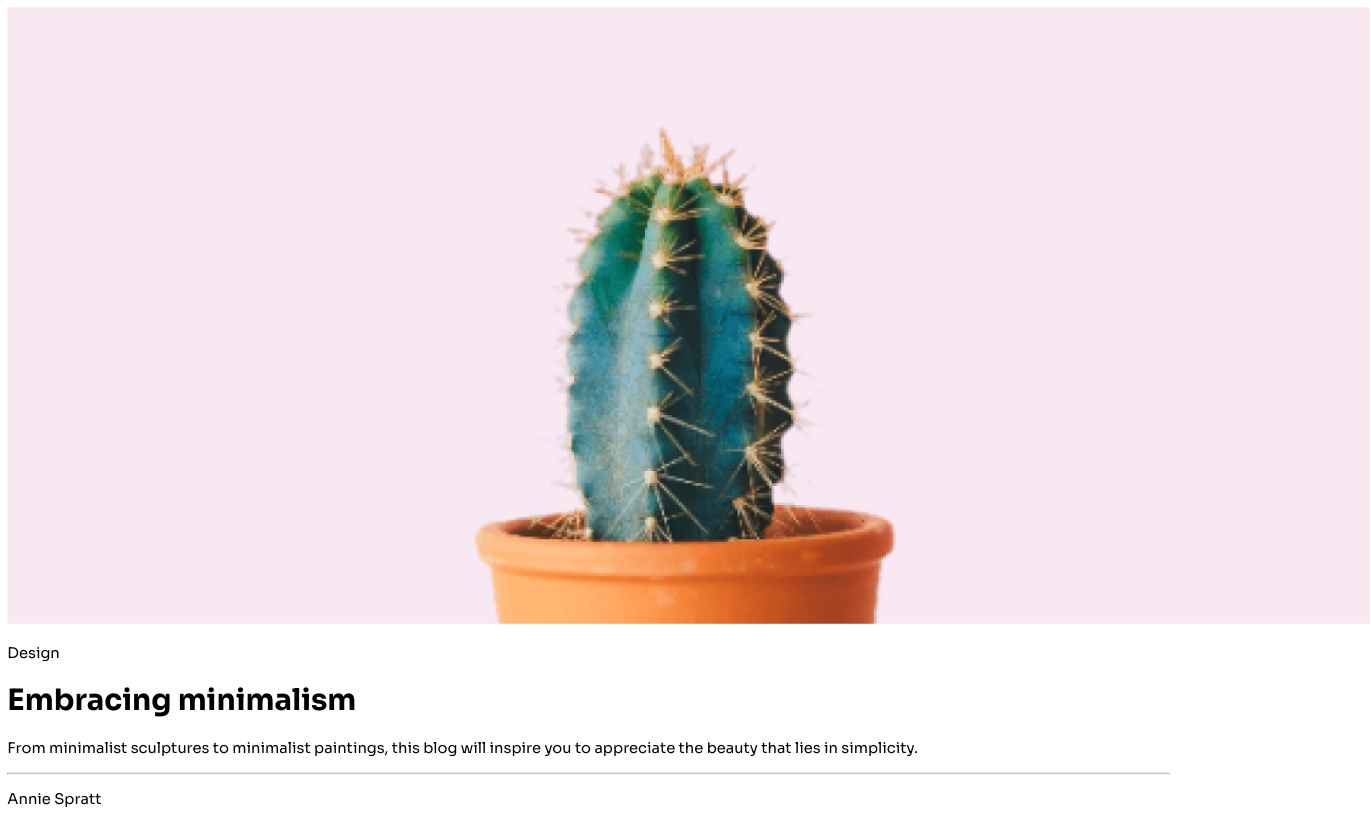
Repository: PCGP22/devChallengesio
Page: 01 - Minimal Blog Card/blogCard.html
These files come from the project's save history. The page is drawn as it stood at one moment and after the next save; the edit follows.
The browser window is 1280 px wide. The page is 1490 px wide, then 1397 px, so the pictures cover 1490 px, including what lies to the right of the window. The pictures show the whole page, at 92% of full size.

Above is the page before, as saved 2024-01-01 19:49:48.

After the next save:
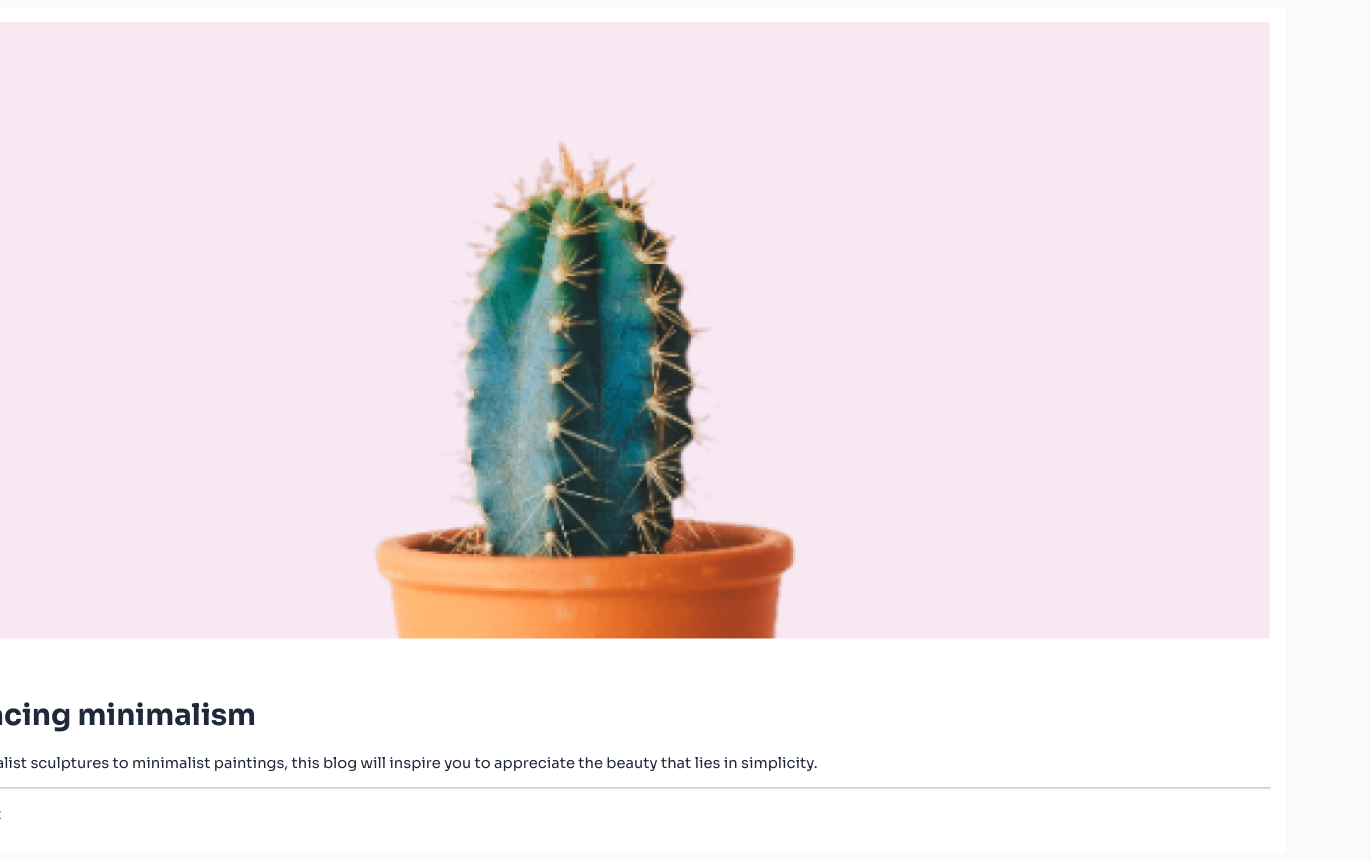
Saved 87 s later.
--- a/01 - Minimal Blog Card/styles.css
+++ b/01 - Minimal Blog Card/styles.css
@@ -8,14 +8,19 @@
     --card_background: #FFFFFF;
     --text_title: #20293A;
     --text_body: #6C727F;
+
+
     font-family: 'Sora', sans-serif;;
-
+    color: var(--text_title);
 }
 
 body{
-
+    background-color: var(--body_background);
+    display: grid;
+    place-content: center;
 }
 
 .card{
-
+    background-color: var(--card_background);
+    padding: 16px;
 }
